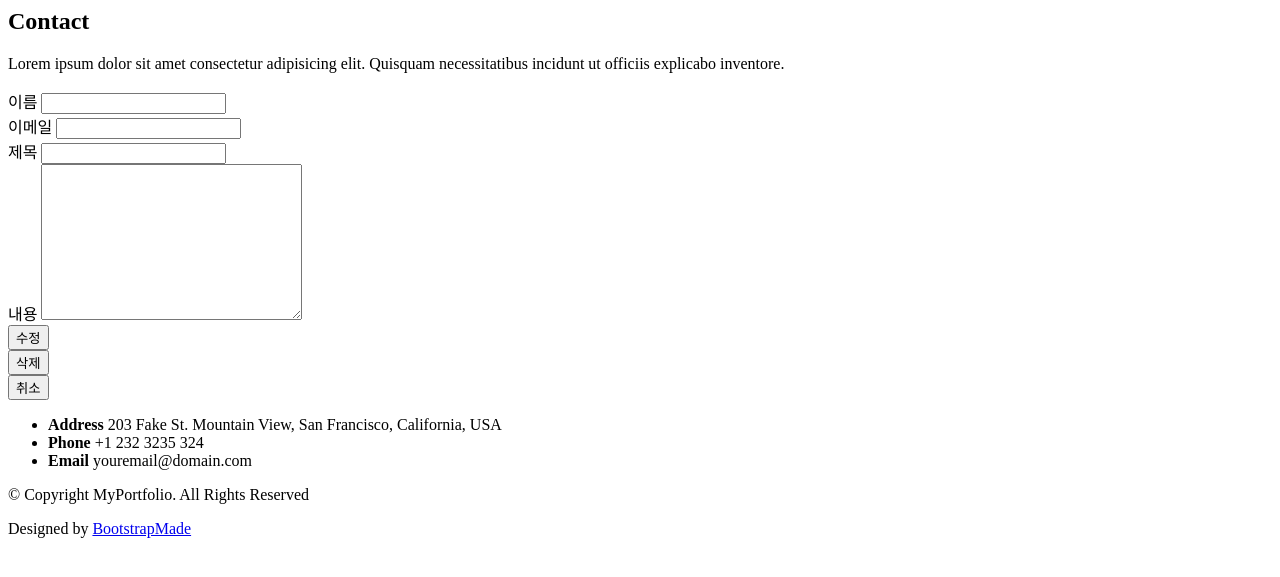
Repository: KiHoonAhn1/spring-learned
Page: http://localhost/p01/customer/contactdetail.jsp
These files come from the project's save history. The page is drawn as it stood at one moment and after the next save; the edit follows.
The browser window is 1280 px wide. The pictures show the whole page.
The page is served by Tomcat 9. The template is opened directly, without the code that normally fills it, so the values that code supplies are empty.

Above is the page before, as saved 2020-09-10 00:46:15.

After the next save:
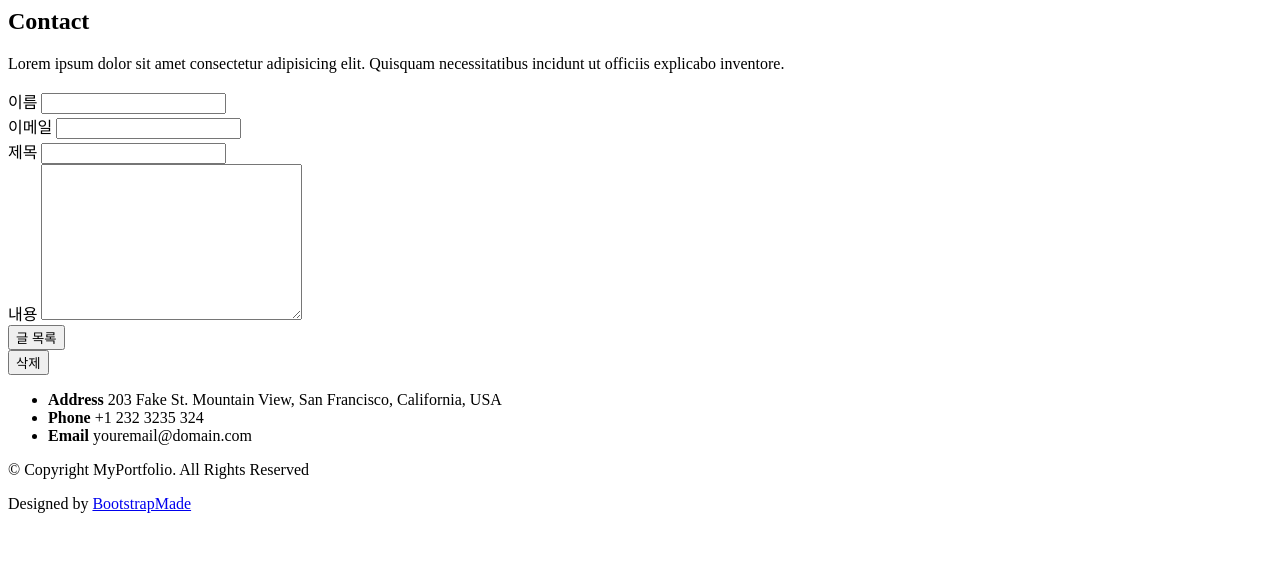
Saved 6 min 11 s later.
--- a/p01/web/customer/contactdetail.jsp
+++ b/p01/web/customer/contactdetail.jsp
@@ -45,14 +45,10 @@
                 </div>
 
                 <div class="col-md-6 form-group">
-                  <input type="submit" class="readmore d-block w-100" value="수정">
+                  <input type="button" class="readmore d-block w-100" value="글 목록">
                 </div>
                 <div class="col-md-6 form-group">
                   <input type="button" class="readmore d-block w-100" value="삭제" onclick="location.href='contactdelete.mc?contact_code=${admincontactdetail.contact_code }'">
-                </div>
-                <div class="col-md-12 form-group">
-                  <input type="button" class="readmore d-block w-100" value="취소" onclick="location.href='admincontactselect.mc'">
-                </div>
                 </div>
             </form>
               </div>
